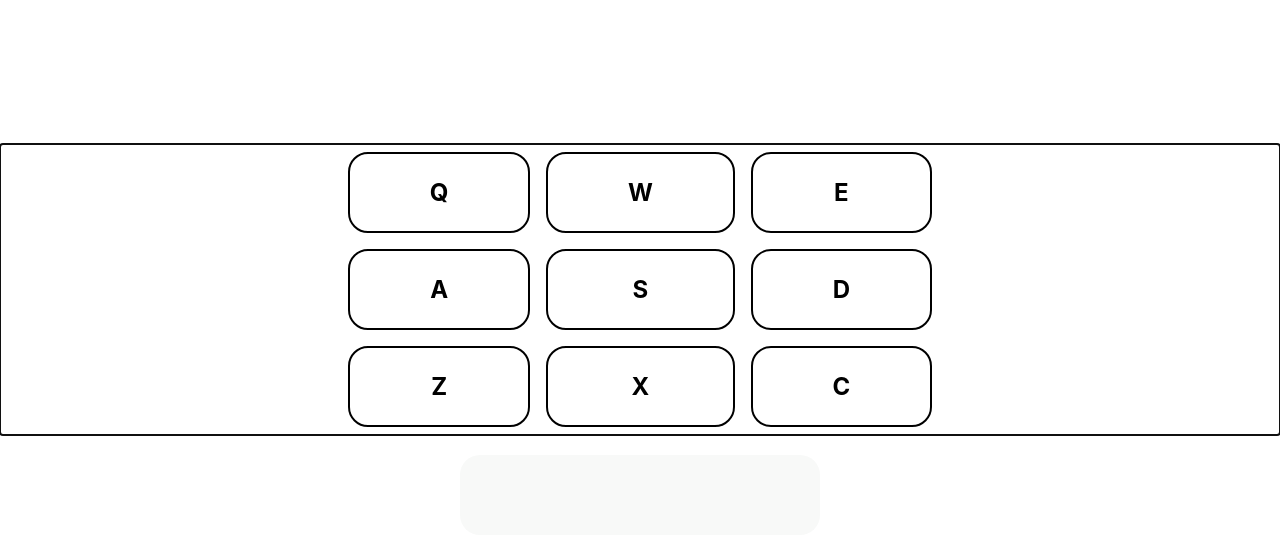
Repository: milac0/drum-machine
Page: /
An editor plug-in stored every save of this project. The page is shown before and after the next save, followed by the edit.
The browser window is 1280 px wide. The pictures show the whole page.
The project was rebuilt for these pictures with package versions that can differ from the ones it lists, and the page was loaded fresh each time.

Above is the page before, as saved 2019-10-25 18:42:44.

After the next save:
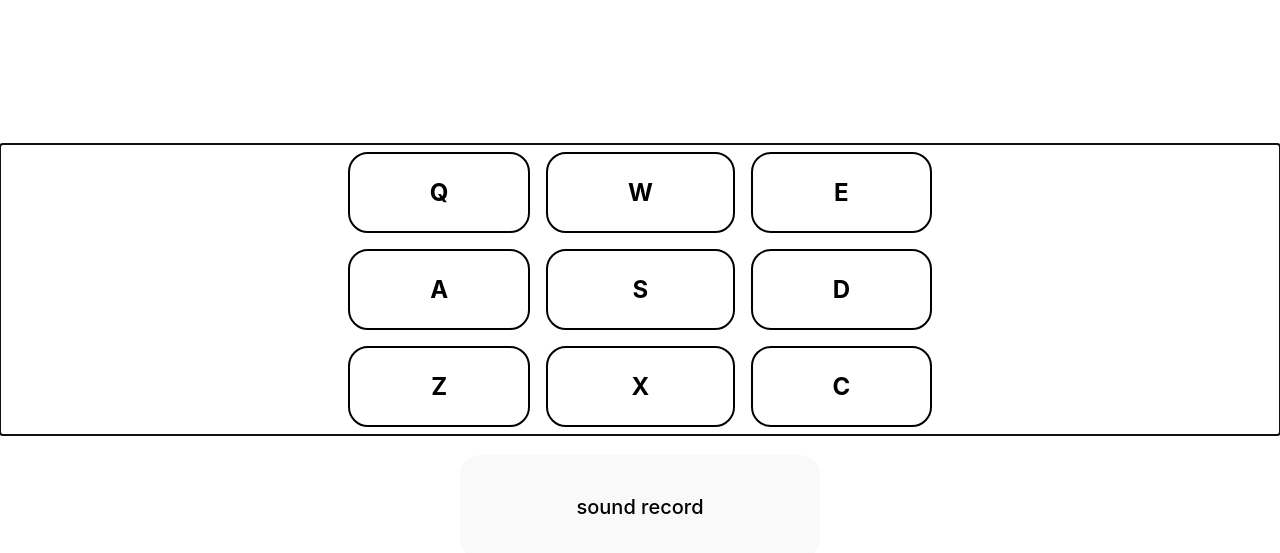
Saved 31 s later.
--- a/src/App.js
+++ b/src/App.js
@@ -6,7 +6,7 @@ class App extends React.Component {
   constructor(props) {
     super(props);
     this.references = {};
-    this.state = { display: "" };
+    this.state = { display: "sound record" };
     this.keyPressRef = React.createRef();
     this.handleClick = this.handleClick.bind(this);
     this.handleKeyDown = this.handleKeyDown.bind(this);
